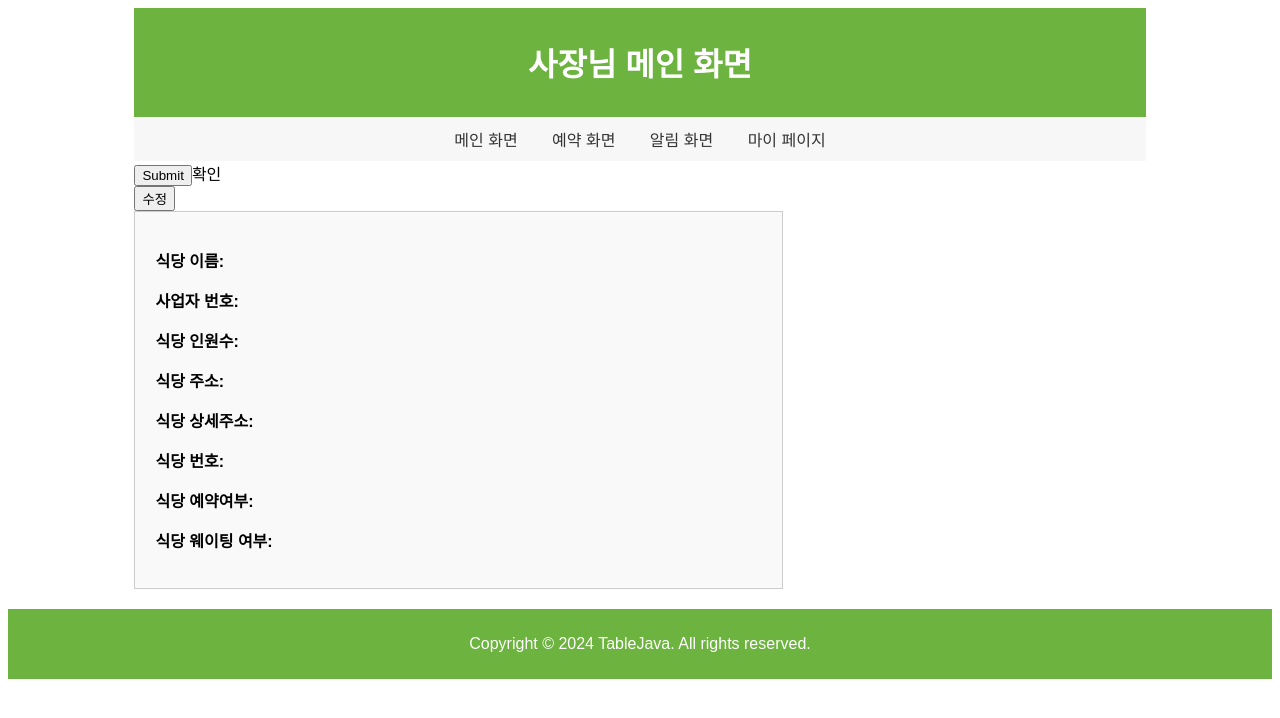
Repository: MeGuuuun/-_TableJava
Page: http://localhost/kimbanbagi/ownerMain.jsp
These files come from the project's save history. The page is drawn as it stood at one moment and after the next save; the edit follows.
The browser window is 1280 px wide. The pictures show the whole page.
The page is served by Tomcat 10. Other server files are loaded and not shown. The template is opened directly, without the code that normally fills it, so the values that code supplies are empty.

Above is the page before, as saved 2024-06-05 09:06:52.

### tableJava/kimbanbagi/WebContent/ownerMain.jsp
<%@ page contentType="text/html; charset=UTF-8" pageEncoding="utf-8" language="java" %>
<%@ page import="dc.human.kimbanbagi.tableJava.dto.RestaurantDTO" %>
<%@ taglib prefix="c" uri="http://java.sun.com/jsp/jstl/core" %>
<!DOCTYPE html>
<html>
<head>
    <meta charset="UTF-8">
    <title>Restaurant Information</title>
    <style>
        body {
            font-family: Arial, sans-serif;
        }
        .container {
            width: 80%;
            margin: auto;
        }
        .header, .nav, .main, .footer {
            padding: 10px;
        }
        .header {
            background: #6DB33F;
            color: white;
            text-align: center;
        }
        .nav {
            background: #F7F7F7;
            text-align: center;
        }
        .nav a {
            margin: 0 15px;
            text-decoration: none;
            color: #333;
        }
        .main {
            display: flex;
            justify-content: space-around;
            margin-top: 20px;
        }
        .main img {
            max-width: 300px;
        }
        .info {
            border: 1px solid #ccc;
            padding: 20px;
            background: #F9F9F9;
            width: 60%;
        }
        .footer {
            background: #6DB33F;
            color: white;
            text-align: center;
            margin-top: 20px;
        }
        .edit-btn {
            display: inline-block;
            padding: 10px 20px;
            background: #6DB33F;
            color: white;
            text-decoration: none;
            border-radius: 5px;
        }
    </style>
</head>
<body>

    <div class="container">
        <div class="header">
            <h1>사장님 메인 화면</h1>


        </div>
        <div class="nav">
            <a href="#">메인 화면</a>
            <a href="#">예약 화면</a>
            <a href="#">알림 화면</a>
            <a href="#">마이 페이지</a>
        </div>
 			<form action="ownerMain" method="post"><input type="submit">확인</form>
 			<form action="ownerMain" method="post">
  <button type="submit" onclick="location.href='register.jsp'">수정</button></form>
            <div class="info">
                <p><strong>식당 이름:</strong> ${restaurant.r_name}</p>
                <p><strong>사업자 번호:</strong> ${restaurant.r_id}</p>
                <p><strong>식당 인원수:</strong> ${restaurant.r_head}</p>
                <p><strong>식당 주소:</strong> ${restaurant.r_city}</p>
                <p><strong>식당 상세주소:</strong> ${restaurant.r_address}</p>
                <p><strong>식당 번호:</strong> ${restaurant.r_number}</p>
                <p><strong>식당 예약여부:</strong> ${restaurant.r_name}</p>
                <p><strong>식당 웨이팅 여부:</strong> ${restaurant.r_name}</p>
            </div>

        </div>
        <div class="footer">
            <p>Copyright © 2024 TableJava. All rights reserved.</p>
        </div>
    </div>
</body>
</html>

After the next save:
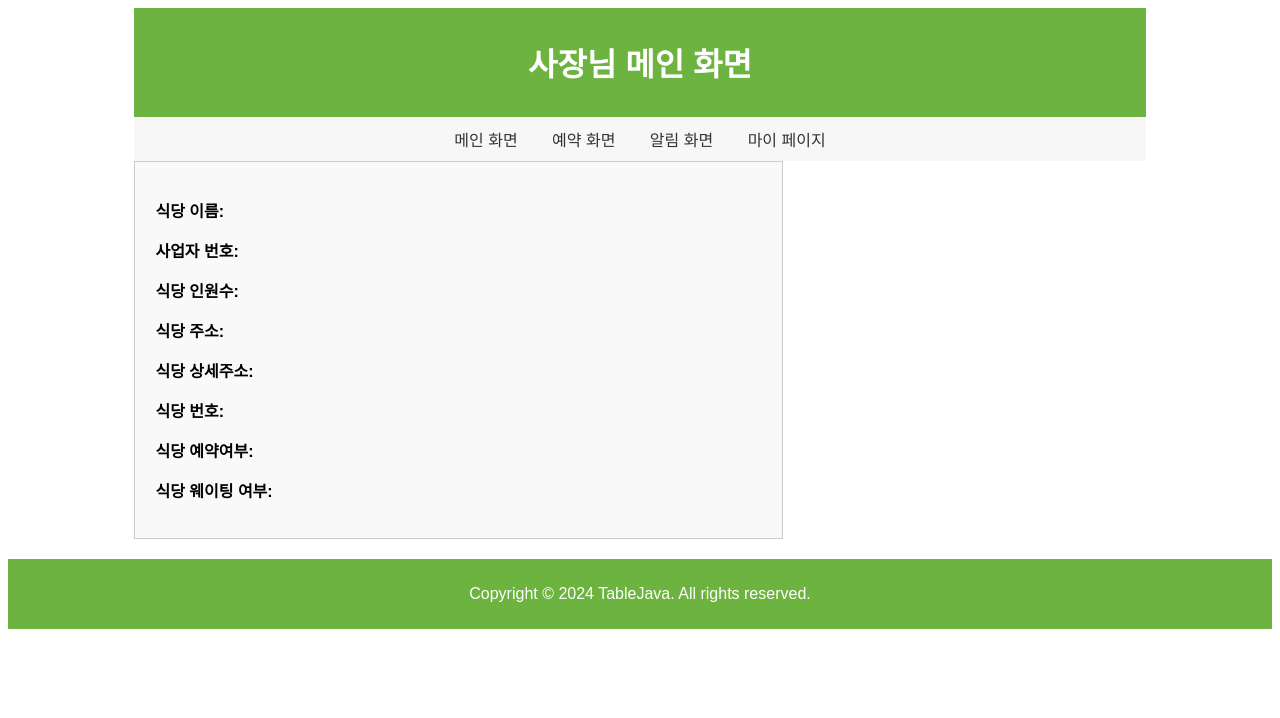
Saved 25 s later.
--- a/tableJava/kimbanbagi/WebContent/ownerMain.jsp
+++ b/tableJava/kimbanbagi/WebContent/ownerMain.jsp
@@ -75,9 +75,6 @@
             <a href="#">알림 화면</a>
             <a href="#">마이 페이지</a>
         </div>
- 			<form action="ownerMain" method="post"><input type="submit">확인</form>
- 			<form action="ownerMain" method="post">
-  <button type="submit" onclick="location.href='register.jsp'">수정</button></form>
             <div class="info">
                 <p><strong>식당 이름:</strong> ${restaurant.r_name}</p>
                 <p><strong>사업자 번호:</strong> ${restaurant.r_id}</p>
